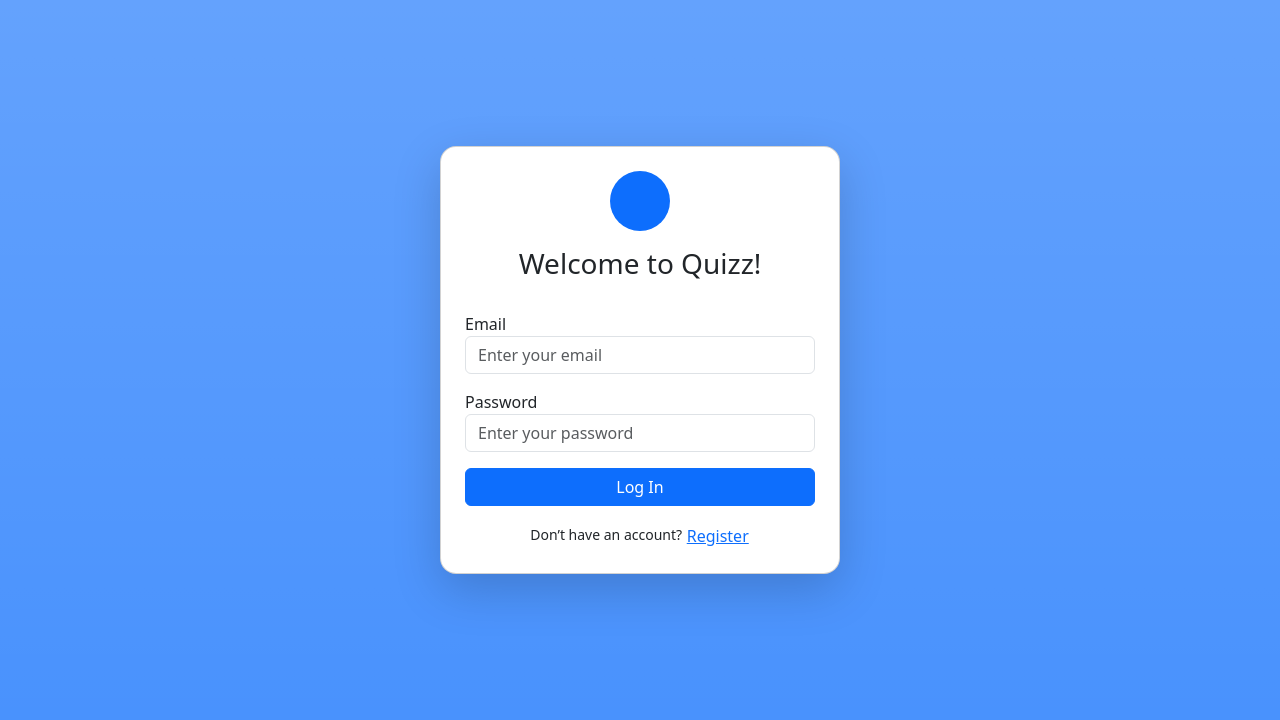
Repository: lalit9168/quizApp
Page: / (app in frontend/)
An editor plug-in stored every save of this project. The page is shown before and after the next save, followed by the edit.
The browser window is 1280 px wide. The pictures show the whole page.
The project was rebuilt for these pictures with package versions that can differ from the ones it lists, and the page was loaded fresh each time. Also part of the build but not shown: frontend/vite.config.js, frontend/src/index.css, frontend/src/Components/Home/Home.jsx, frontend/src/Components/PrivateRoute.jsx, frontend/src/Components/api.js, frontend/src/Components/Quiz/QuizPage.jsx, frontend/src/Components/Quiz/QuizDash.jsx, frontend/src/Components/Quiz/AttemptQuiz.jsx.

Above is the page before, as saved 2025-06-05 15:48:41.

After the next save:
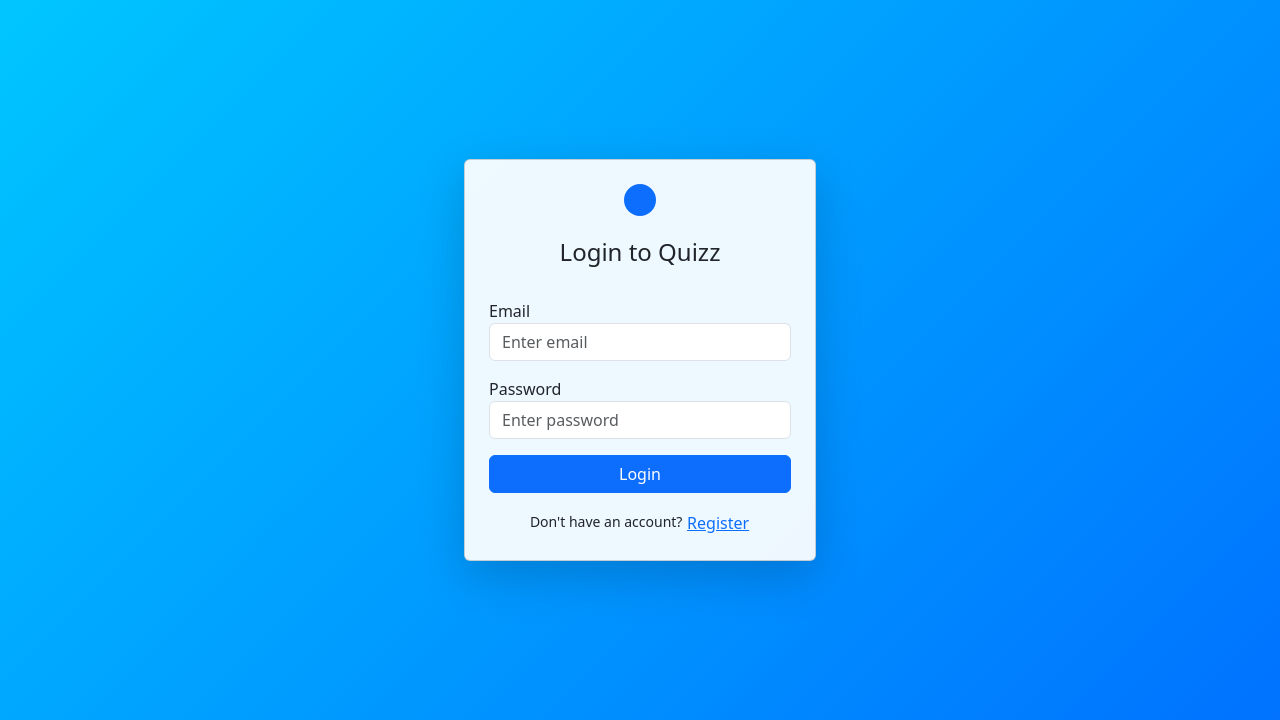
Saved 3 min 39 s later.
--- a/frontend/src/Components/Login/Login.jsx
+++ b/frontend/src/Components/Login/Login.jsx
@@ -34,71 +34,82 @@
   };
 
   return (
-    <div className="d-flex align-items-center justify-content-center min-vh-100 bg-gradient bg-primary bg-opacity-75">
-      <div className="card shadow-lg p-4" style={{ maxWidth: '400px', width: '100%', borderRadius: '1rem' }}>
+    <div
+      className="d-flex justify-content-center align-items-center vh-100"
+      style={{
+        background: 'linear-gradient(135deg, #00c6ff, #0072ff)',
+      }}
+    >
+      <div className="card p-4 shadow-lg rounded" style={{ width: '22rem', backgroundColor: '#ffffffee' }}>
         <div className="text-center mb-4">
-          <div className="bg-primary text-white rounded-circle d-inline-flex justify-content-center align-items-center"
-               style={{ width: '60px', height: '60px' }}>
-            <i className="bi bi-question-circle fs-3"></i>
+          <div className="rounded-circle bg-primary text-white p-3 d-inline-block">
+            <i className="bi bi-person-fill" style={{ fontSize: '1.5rem' }}></i>
           </div>
-          <h3 className="mt-3">{isRegister ? 'Create an Account' : 'Welcome to Quizz!'}</h3>
+          <h4 className="mt-3">{isRegister ? 'Create Account' : 'Login to Quizz'}</h4>
         </div>
+
         <div className="form-group mb-3">
           <label>Email</label>
           <input
             type="email"
             name="email"
             className="form-control"
+            placeholder="Enter email"
             value={formData.email}
             onChange={handleChange}
-            placeholder="Enter your email"
           />
         </div>
+
         <div className="form-group mb-3">
           <label>Password</label>
           <input
             type="password"
             name="password"
             className="form-control"
+            placeholder="Enter password"
             value={formData.password}
             onChange={handleChange}
-            placeholder="Enter your password"
           />
         </div>
+
         {isRegister && (
           <div className="form-check mb-3">
             <input
+              className="form-check-input"
               type="checkbox"
-              className="form-check-input"
+              checked={formData.role === 'admin'}
+              name="role"
+              onChange={handleChange}
               id="adminCheck"
-              name="role"
-              checked={formData.role === 'admin'}
-              onChange={handleChange}
             />
             <label className="form-check-label" htmlFor="adminCheck">
               Register as Admin
             </label>
           </div>
         )}
+
         <button className="btn btn-primary w-100 mb-3" onClick={handleSubmit}>
-          {isRegister ? 'Register' : 'Log In'}
+          {isRegister ? 'Register' : 'Login'}
         </button>
+
         <div className="text-center">
-          {isRegister ? (
-            <small>
-              Already have an account?{' '}
-              <button className="btn btn-link p-0" onClick={() => setIsRegister(false)}>
-                Log in
-              </button>
-            </small>
-          ) : (
-            <small>
-              Don’t have an account?{' '}
-              <button className="btn btn-link p-0" onClick={() => setIsRegister(true)}>
-                Register
-              </button>
-            </small>
-          )}
+          <small>
+            {isRegister ? (
+              <>
+                Already registered?{' '}
+                <button className="btn btn-link p-0" onClick={() => setIsRegister(false)}>
+                  Login
+                </button>
+              </>
+            ) : (
+              <>
+                Don't have an account?{' '}
+                <button className="btn btn-link p-0" onClick={() => setIsRegister(true)}>
+                  Register
+                </button>
+              </>
+            )}
+          </small>
         </div>
       </div>
     </div>

After the save that followed:
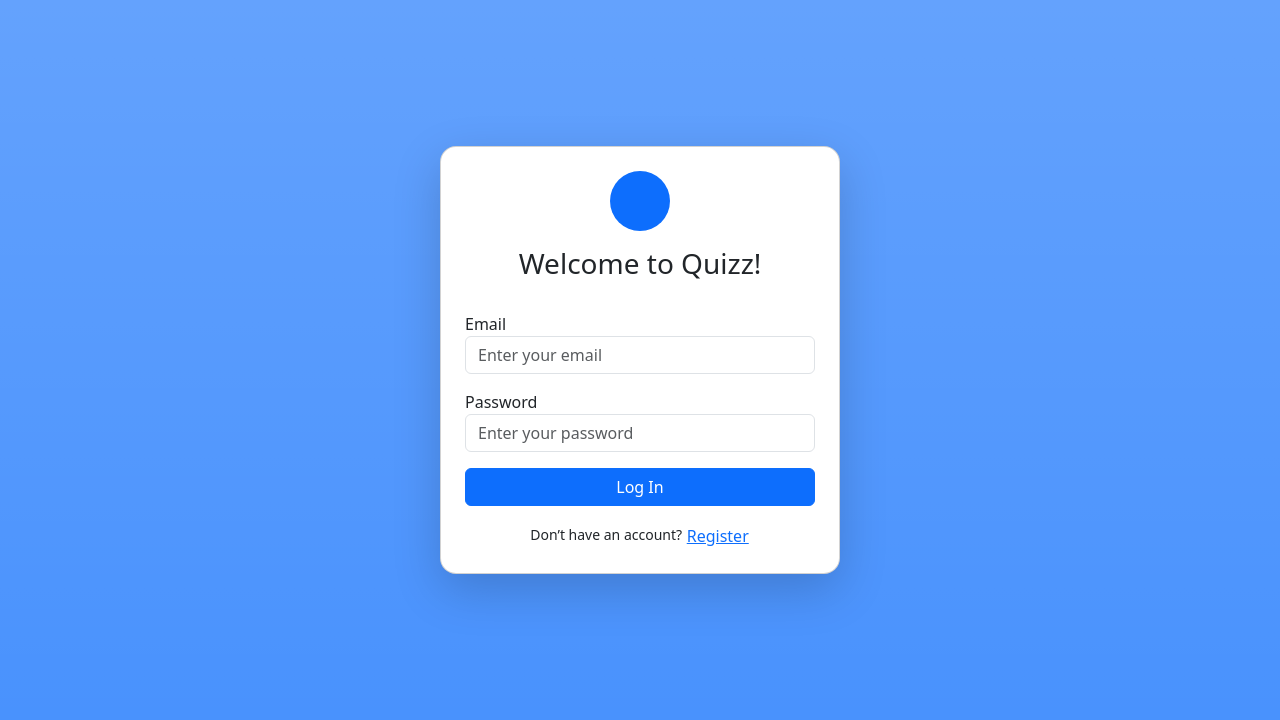
Saved 18 s later.
--- a/frontend/src/Components/Login/Login.jsx
+++ b/frontend/src/Components/Login/Login.jsx
@@ -34,82 +34,71 @@
   };
 
   return (
-    <div
-      className="d-flex justify-content-center align-items-center vh-100"
-      style={{
-        background: 'linear-gradient(135deg, #00c6ff, #0072ff)',
-      }}
-    >
-      <div className="card p-4 shadow-lg rounded" style={{ width: '22rem', backgroundColor: '#ffffffee' }}>
+    <div className="d-flex align-items-center justify-content-center min-vh-100 bg-gradient bg-primary bg-opacity-75">
+      <div className="card shadow-lg p-4" style={{ maxWidth: '400px', width: '100%', borderRadius: '1rem' }}>
         <div className="text-center mb-4">
-          <div className="rounded-circle bg-primary text-white p-3 d-inline-block">
-            <i className="bi bi-person-fill" style={{ fontSize: '1.5rem' }}></i>
+          <div className="bg-primary text-white rounded-circle d-inline-flex justify-content-center align-items-center"
+               style={{ width: '60px', height: '60px' }}>
+            <i className="bi bi-question-circle fs-3"></i>
           </div>
-          <h4 className="mt-3">{isRegister ? 'Create Account' : 'Login to Quizz'}</h4>
+          <h3 className="mt-3">{isRegister ? 'Create an Account' : 'Welcome to Quizz!'}</h3>
         </div>
-
         <div className="form-group mb-3">
           <label>Email</label>
           <input
             type="email"
             name="email"
             className="form-control"
-            placeholder="Enter email"
             value={formData.email}
             onChange={handleChange}
+            placeholder="Enter your email"
           />
         </div>
-
         <div className="form-group mb-3">
           <label>Password</label>
           <input
             type="password"
             name="password"
             className="form-control"
-            placeholder="Enter password"
             value={formData.password}
             onChange={handleChange}
+            placeholder="Enter your password"
           />
         </div>
-
         {isRegister && (
           <div className="form-check mb-3">
             <input
+              type="checkbox"
               className="form-check-input"
-              type="checkbox"
+              id="adminCheck"
+              name="role"
               checked={formData.role === 'admin'}
-              name="role"
               onChange={handleChange}
-              id="adminCheck"
             />
             <label className="form-check-label" htmlFor="adminCheck">
               Register as Admin
             </label>
           </div>
         )}
-
         <button className="btn btn-primary w-100 mb-3" onClick={handleSubmit}>
-          {isRegister ? 'Register' : 'Login'}
+          {isRegister ? 'Register' : 'Log In'}
         </button>
-
         <div className="text-center">
-          <small>
-            {isRegister ? (
-              <>
-                Already registered?{' '}
-                <button className="btn btn-link p-0" onClick={() => setIsRegister(false)}>
-                  Login
-                </button>
-              </>
-            ) : (
-              <>
-                Don't have an account?{' '}
-                <button className="btn btn-link p-0" onClick={() => setIsRegister(true)}>
-                  Register
-                </button>
-              </>
-            )}
-          </small>
+          {isRegister ? (
+            <small>
+              Already have an account?{' '}
+              <button className="btn btn-link p-0" onClick={() => setIsRegister(false)}>
+                Log in
+              </button>
+            </small>
+          ) : (
+            <small>
+              Don’t have an account?{' '}
+              <button className="btn btn-link p-0" onClick={() => setIsRegister(true)}>
+                Register
+              </button>
+            </small>
+          )}
         </div>
       </div>
     </div>
